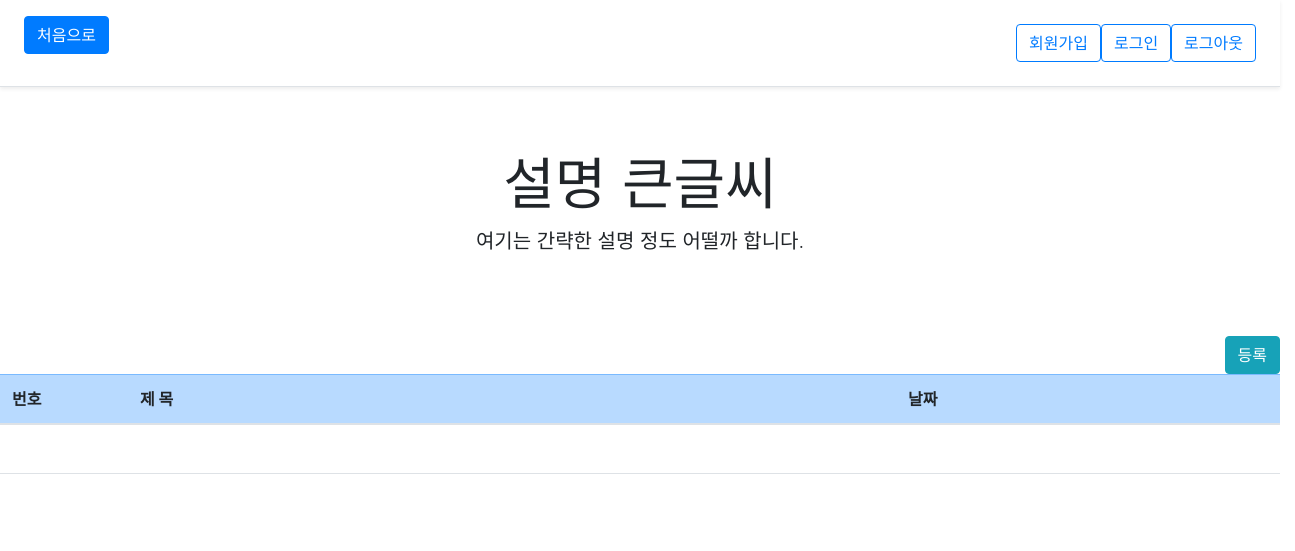
Repository: SettingRhino/innogleantmanager
Page: http://localhost/antmanager/WEB-INF/views/diary.jsp
An editor plug-in stored every save of this project. The page is shown before and after the next save, followed by the edit.
The browser window is 1280 px wide. The page is 1295 px wide, so the pictures cover 1295 px, including what lies to the right of the window. The pictures show the whole page.
The page is served by Tomcat 9. Nobody is signed in. The template is opened directly, without the code that normally fills it, so the values that code supplies are empty.

Above is the page before, as saved 2020-06-09 02:32:59.

After the next save:
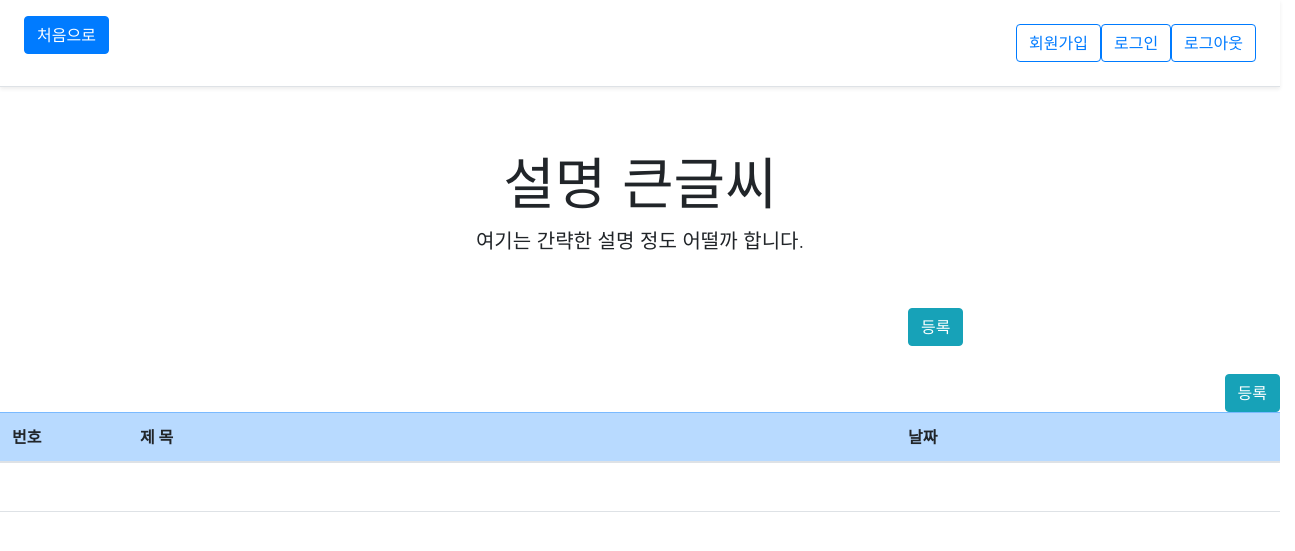
Saved 9 s later.
--- a/antmanager/src/main/webapp/WEB-INF/views/diary.jsp
+++ b/antmanager/src/main/webapp/WEB-INF/views/diary.jsp
@@ -68,7 +68,7 @@
       <tr>
 				<th style="width: 10%"></th>
 				<th style="width: 60%"></th>
-				<th style="width: 20%"></th>
+				<th style="width: 20%"><a href="<c:url value="/diary/edit"/>" class="btn btn-info" role="button">등록</a></th>
 				<th style="width: 10%"></th>
 			</tr>
     </thead>
